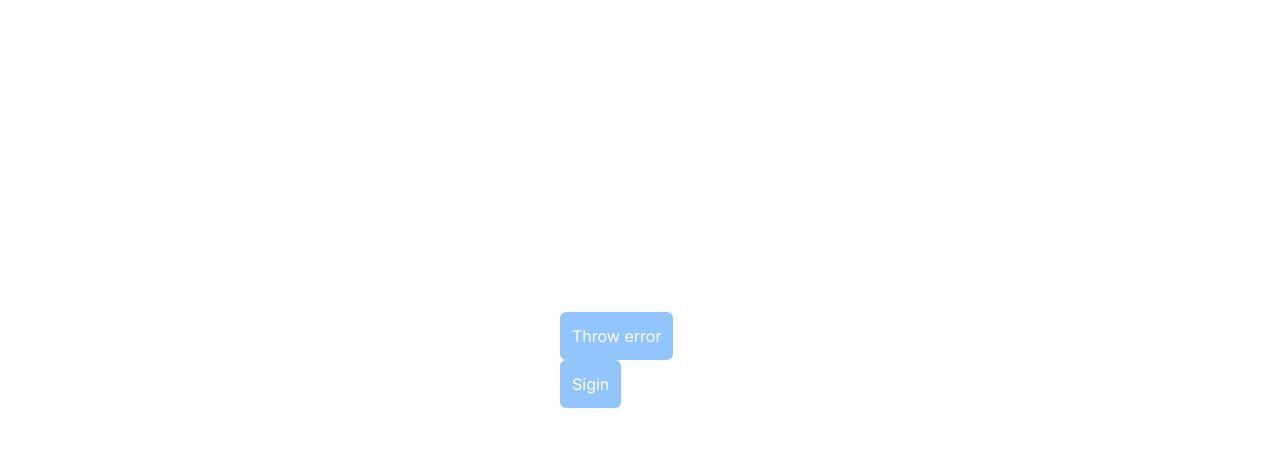
Repository: FrontendProjectsNL/next-auth-credentials-exercise
Page: /parantheses2
The author's editor kept a copy of each file at every save. The page is drawn from the files as they stood at one save, then again after the next save.
The browser window is 1280 px wide. The pictures show the whole page.
The project was rebuilt for these pictures with package versions that can differ from the ones it lists, and the page was loaded fresh each time. The framework's server and built-in components were replaced by stand-ins that run in the browser. Also part of the build but not shown: next.config.mjs.

Above is the page before, as saved 2024-07-13 14:03:20.

After the next save:
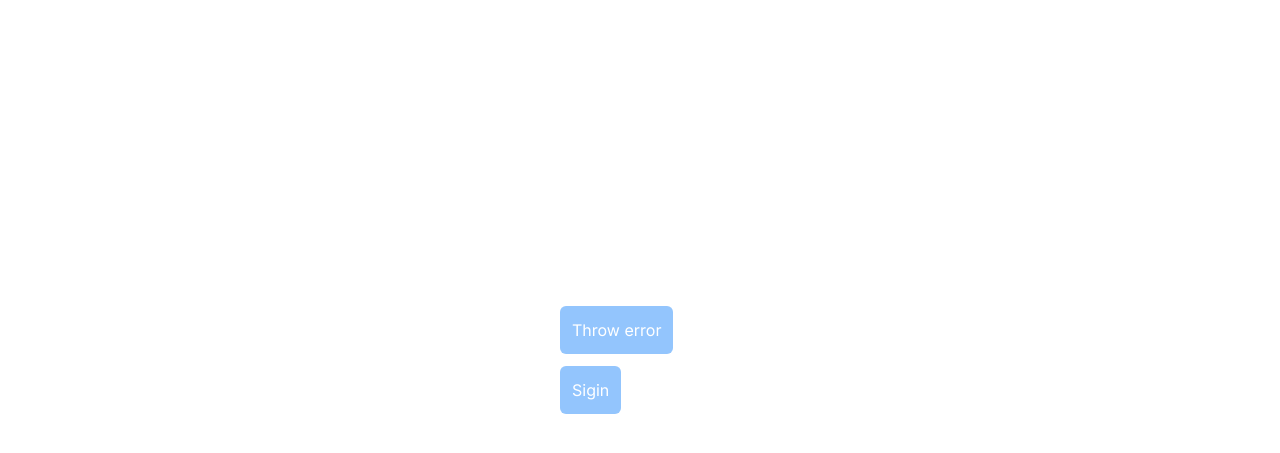
Saved 9 s later.
--- a/app/(test)/parantheses2/page.tsx
+++ b/app/(test)/parantheses2/page.tsx
@@ -21,7 +21,7 @@ const TestParantheses = () => {
 
         <button
           onClick={() => setVal((prev) => !prev)}
-          className=" bg-blue-300 text-white rounded-md p-3"
+          className=" bg-blue-300 text-white rounded-md p-3 mt-3"
         >
           Sigin
         </button>
